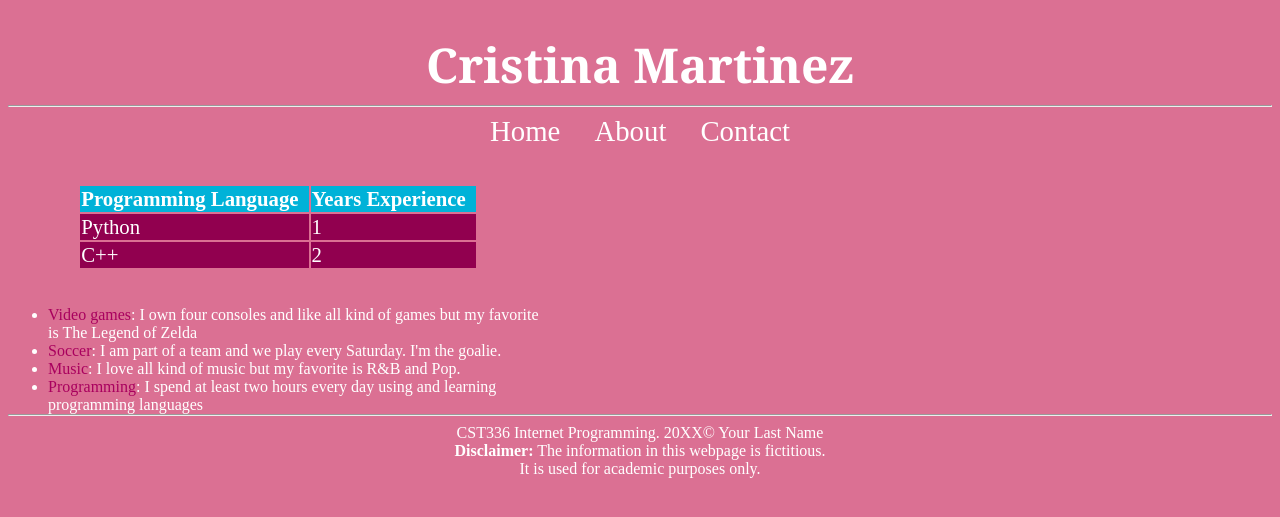
Repository: ctm93/Website1
Page: about.html
The author's editor kept a record of every edit. The page is drawn from the files as they stood at one moment, then again after the next edit.
The browser window is 1280 px wide. The pictures show the whole page.

Above is the page before.

### about.html

<!DOCTYPE html>
<html>
    <head>
        <meta charset="utf-8">
        <title>My Personal Site</title>
        <link  href="css/styles.css" rel="stylesheet">

    </head>
    <body>
        <header>
           <h1> Cristina Martinez </h1>
        </header><hr />
        <nav>
            <a href="index.html">Home</a>
            <a href="about.html">About</a>
            <a href="contact.html">Contact</a>
        </nav>
         <br /><br />


         <div id="content">
             <table>
                <tr id="table-header">
                    <td><strong>Programming Language</strong></td>
                    <td><strong>Years Experience</strong></td>
                </tr>
                <tr class="table-row">
                    <td>Python</td>
                    <td>1</td>
                </tr>
                <tr class="table-row">
                    <td>C++</td>
                    <td>2</td>
                </tr>

            </table><br><br>

             <ul>
                <li><span class="hobby">Video games</span>: I own four consoles and like all kind of games but my favorite is The Legend of Zelda</li>
                <li><span class="hobby">Soccer</span>: I am part of a team and we play every Saturday. I'm the goalie.</li>
                <li><span class="hobby">Music</span>: I love all kind of music but my favorite is R&B and Pop.</li>
                <li><span class="hobby">Programming</span>: I spend at least two hours every day using and learning programming languages </li>
            </ul>

        </div><br><br>
        <footer>
             <hr />
             CST336 Internet Programming. 20XX&copy; Your Last Name <br />
             <strong>Disclaimer:</strong> The information in this webpage is fictitious. <br />
             It is used for academic purposes only.
        </footer>
    </body>

### css/styles.css




body {
    background-color:palevioletred;
    color:white;
    }

header, main, nav, footer {
    text-align:center;
}

nav a { /*links within "nav" container */
    padding:15px;
    padding-bottom:4px;
    font-size: 1.8em;
    text-decoration: none; /*removes underline */
    color:white; /* by default, links are blue */
}

nav a:hover {/*pseudo class*/
    border-bottom:2px orange solid;
    font-size: 2em;
    transition: .9s; /*transition effect */
}

figure, div{
    float: left;
}

#me, #welcomeText{
    float:left;
}

footer {
    clear:left;
}

main {
        display: flex;
        justify-content: center;
    }
    table {
        margin: 0 auto;
    }
    td {
        padding-right: 10px;
        font-size: 1.3em;
    }
    td strong {
        color: white;
    }
    #table-header {
        background-color: #00B2D8;
    }
    .table-row {
        background-color: #91004F;
    }
    ul {
        width:500px;
        margin: 0 auto;
        text-align: left;
    }
    .hobby {
        color: #A9005E;
    }
    h1{
        font-family: Georgia, serif;
        font-size: 3em;
        margin-bottom: 0px;
    }

After the next edit:
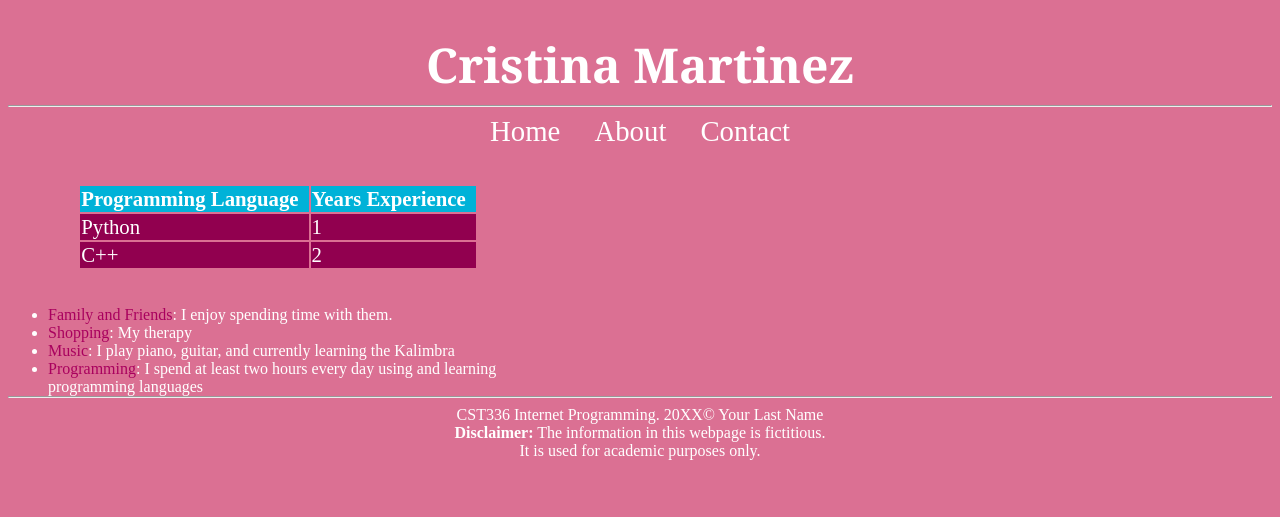
The edit:
--- a/about.html
+++ b/about.html
@@ -37,9 +37,9 @@
             </table><br><br>
 
              <ul>
-                <li><span class="hobby">Video games</span>: I own four consoles and like all kind of games but my favorite is The Legend of Zelda</li>
-                <li><span class="hobby">Soccer</span>: I am part of a team and we play every Saturday. I'm the goalie.</li>
-                <li><span class="hobby">Music</span>: I love all kind of music but my favorite is R&B and Pop.</li>
+                <li><span class="hobby">Family and Friends</span>: I enjoy spending time with them.</li>
+                <li><span class="hobby">Shopping</span>: My therapy</li>
+                <li><span class="hobby">Music</span>: I play piano, guitar, and currently learning the Kalimbra</li>
                 <li><span class="hobby">Programming</span>: I spend at least two hours every day using and learning programming languages </li>
             </ul>
 
